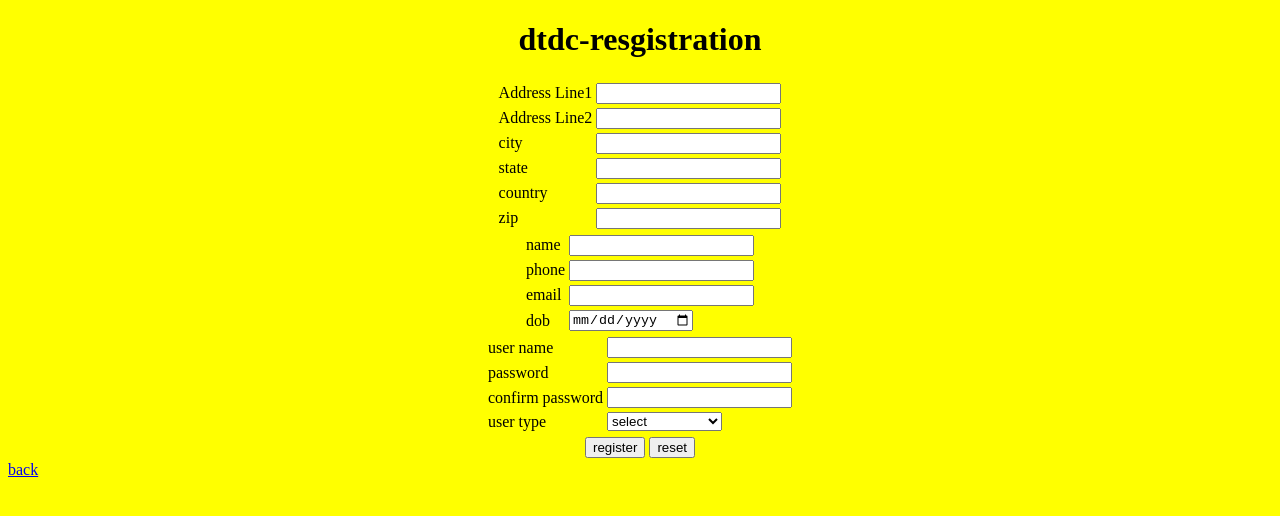
Repository: techkis4u/Kishor17
Page: http://localhost/cp_debit/WEB-INF/jsp/dtdc-registration.jsp
An editor plug-in stored every save of this project. The page is shown before and after the next save, followed by the edit.
The browser window is 1280 px wide. The pictures show the whole page.
The page is served by Tomcat 9. Nobody is signed in. The template is opened directly, without the code that normally fills it, so the values that code supplies are empty.

Above is the page before, as saved 2019-12-02 22:12:03.

After the next save:
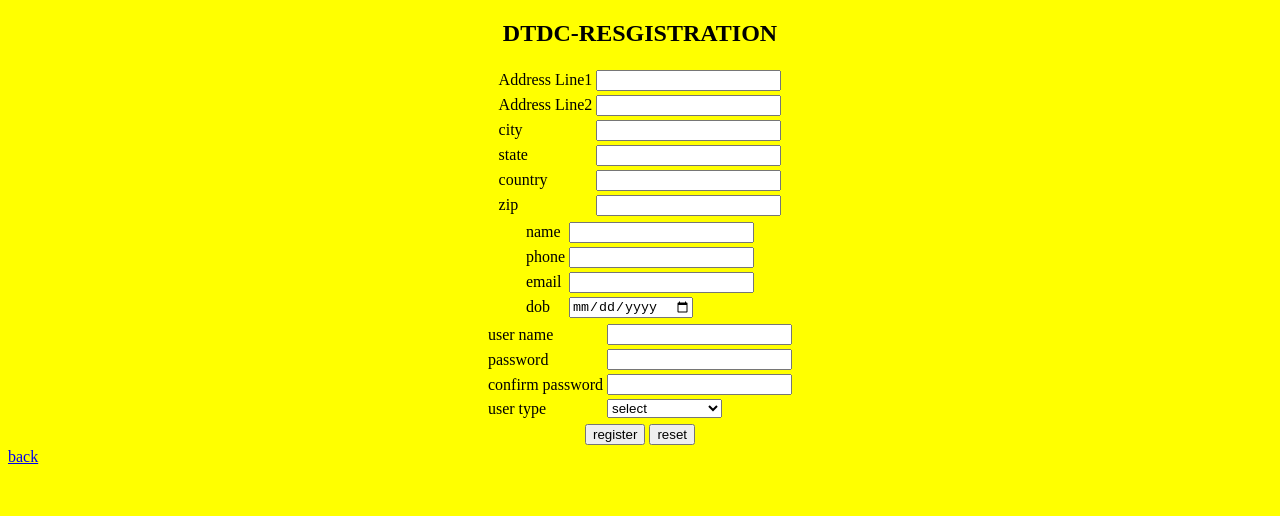
Saved 22 s later.
--- a/Project/cp_debit/src/main/WebApp/WEB-INF/jsp/dtdc-registration.jsp
+++ b/Project/cp_debit/src/main/WebApp/WEB-INF/jsp/dtdc-registration.jsp
@@ -9,7 +9,7 @@
 <title>dtdc-resgistration</title>
 </head>
 <body style="background: yellow">
-	<h1 align="center">dtdc-resgistration</h1>
+	<h2 align="center">DTDC-RESGISTRATION</h2>
 	<form:form modelAttribute="dtdcRegistration">
 		<div id="error-div">
 			<span style="color: red">
